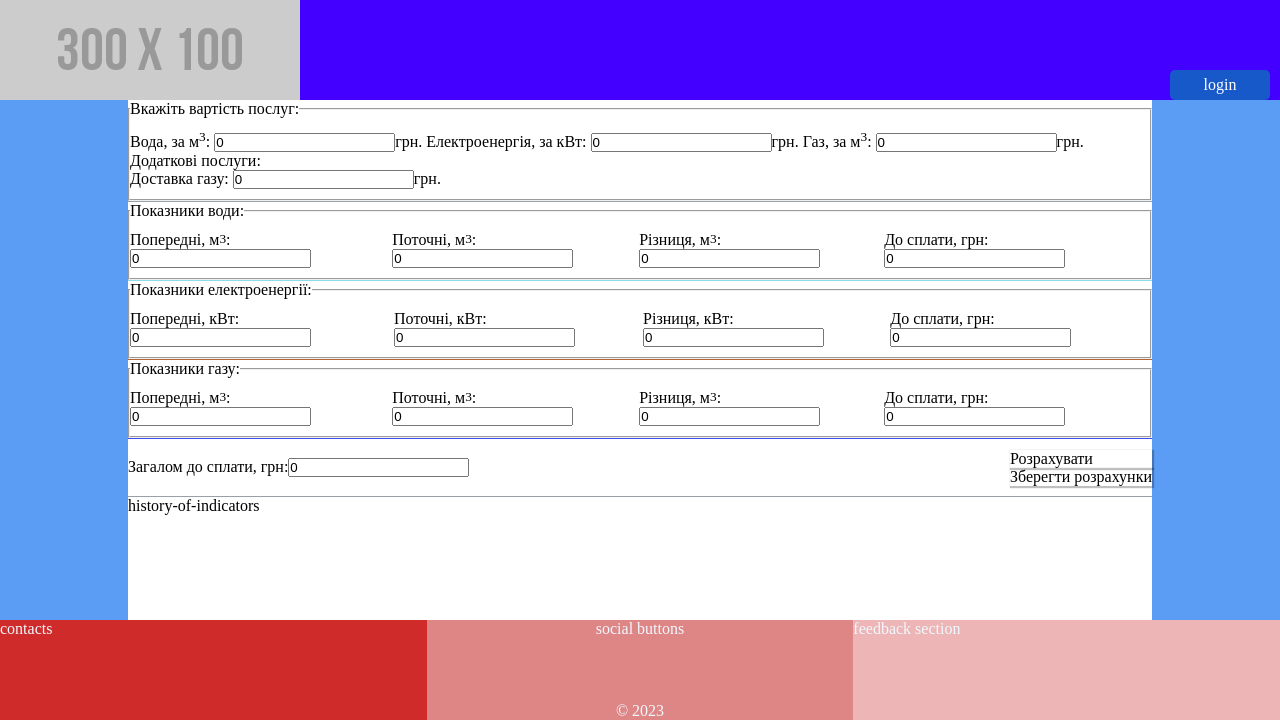
Repository: ruslan-horaiskyi/utility-calculator
Page: calculation-page.html
The author's editor kept a copy of each file at every save. The page is drawn from the files as they stood at one save, then again after the next save.
The browser window is 1280 px wide. The pictures show the whole page.

Above is the page before, as saved 2023-02-06 17:30:39.

After the next save:
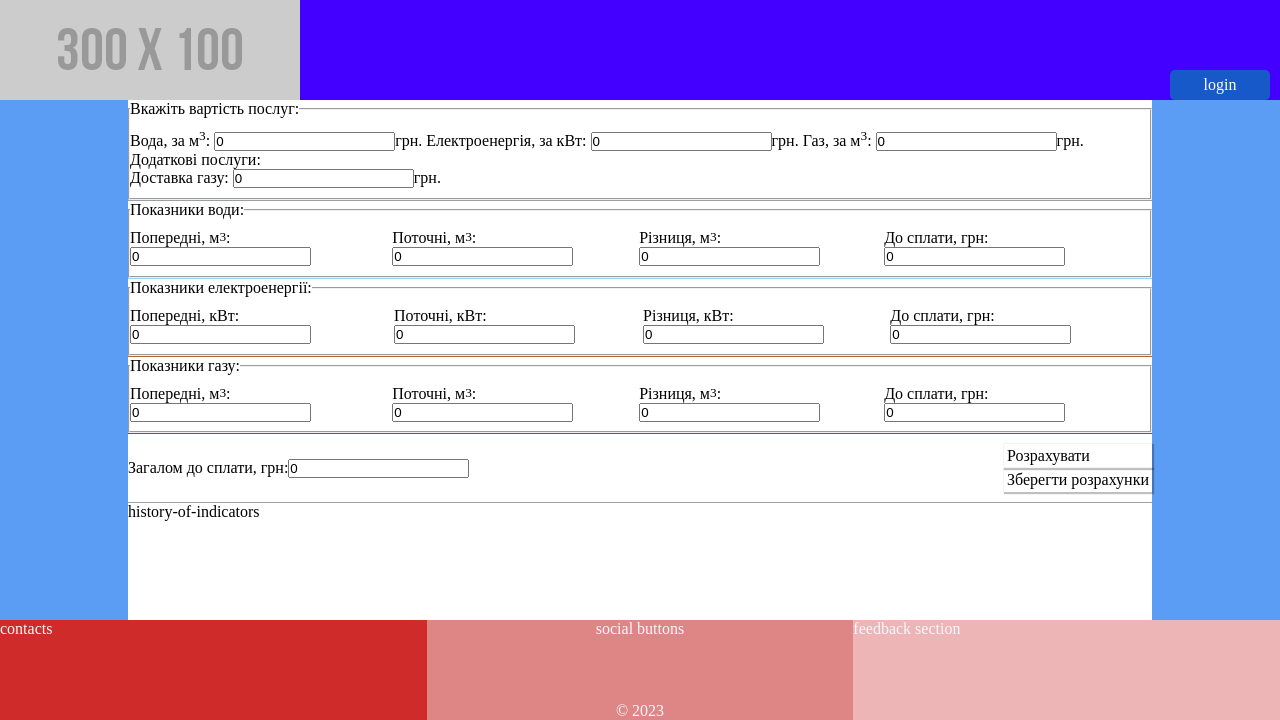
Saved 32 s later.
--- a/css/calculation-page.css
+++ b/css/calculation-page.css
@@ -74,8 +74,13 @@
   border-bottom: 1px #9ba0a8 solid;
 }
 
+#calculate_buttons_block {
+
+}
+
 .button {
   box-shadow: 1px 1px 1px 1px rgb(0, 0, 0, 0.25);
+  padding: 3px 3px;
 }
 
 .history_of_indicators {
